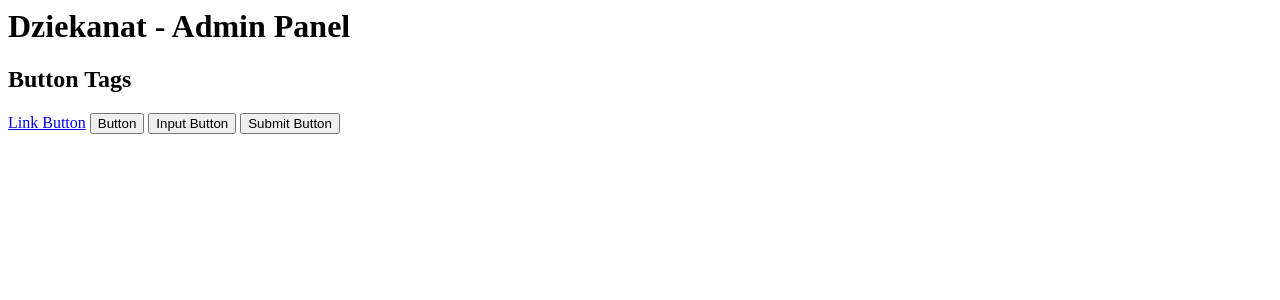
Repository: wojciechDrozd/php
Page: http://localhost/adminMenuBar.php
These files come from the project's save history. The page is drawn as it stood at one moment and after the next save; the edit follows.
The browser window is 1280 px wide. The pictures show the whole page.
The page is run by PHP 8.4 with error messages shown; the project is at /var/www/html/.

Above is the page before, as saved 2017-04-12 19:22:06.

After the next save:
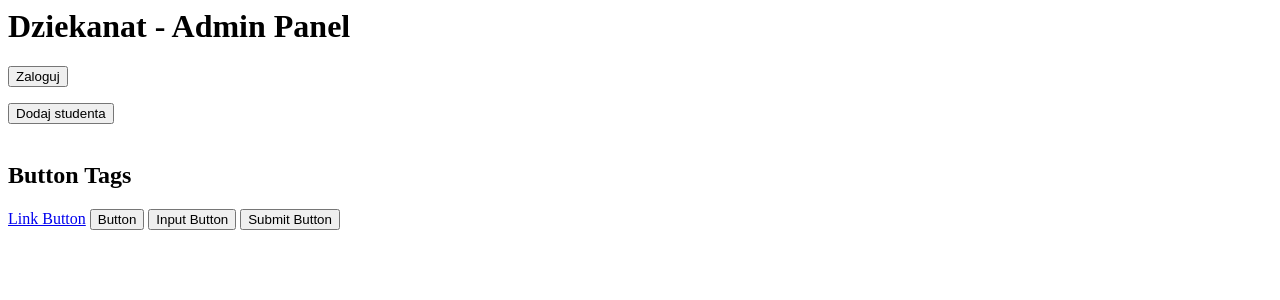
Saved 30 s later.
--- a/1/CRUDexample/adminMenuBar.php
+++ b/1/CRUDexample/adminMenuBar.php
@@ -6,14 +6,31 @@
 	</div>
 	<div class="row">
 
-		<div class="container">
-			<h2>Button Tags</h2>
-			<a href="#" class="btn btn-info" role="button">Link Button</a>
-			<button type="button" class="btn btn-info">Button</button>
-			<input type="button" class="btn btn-info" value="Input Button"> <input
-				type="submit" class="btn btn-info" value="Submit Button">
+		<form method="post" action="ajax/login.php">
+			<div class="form-group">
+				<button type="submit" class="btn btn-primary">Zaloguj</button>
+			</div>
+		</form>
+
+		<div class="col-md-12">
+			<div class="pull-right">
+				<button class="btn btn-success" data-toggle="modal"
+					data-target="#add_new_record_modal">Dodaj studenta</button>
+			</div>
 		</div>
+	</div>
+	<div class="row">
+		<div class="col-md-12">
+			<br />
+			<div class="records_content"></div>
+		</div>
+	</div>
+</div>
 
-	</div>
-
+<div class="container">
+  <h2>Button Tags</h2>
+  <a href="#" class="btn btn-info" role="button">Link Button</a>
+  <button type="button" class="btn btn-info">Button</button>
+  <input type="button" class="btn btn-info" value="Input Button">
+  <input type="submit" class="btn btn-info" value="Submit Button">
 </div>
